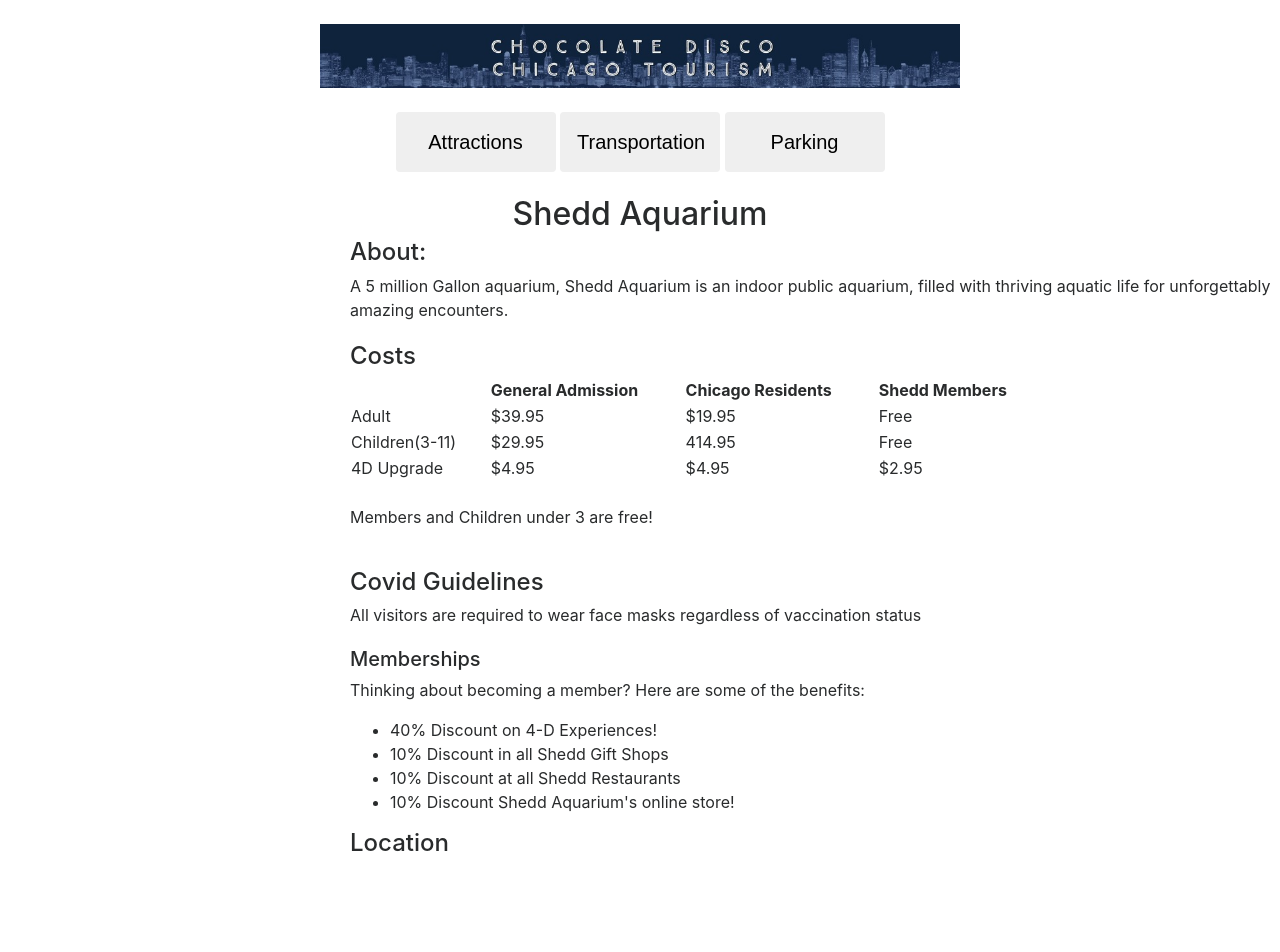
Repository: rkodit2/cs422project
Page: sheddAquarium.html
An editor plug-in stored every save of this project. The page is shown before and after the next save, followed by the edit.
The browser window is 1280 px wide. The pictures show the part of the page from y = 0 to 952 px (the page is 1365 px tall).
Pictures or frames that could not be fetched are drawn as grey boxes.

Above is the page before, as saved 2021-11-03 19:48:57.

### sheddAquarium.html
<!DOCTYPE html>
<html>
<head>
    <title>Chocolate Disco Chicago Tourism</title>
    <link rel="stylesheet" href=
    "https://maxcdn.bootstrapcdn.com/bootstrap/4.0.0-alpha.6/css/bootstrap.css">
    <link rel="stylesheet" href="homepage.css">
</head>
<body>
    <br>
    <div id="banner">
      <img src="pictures/banner3.jpg" alt="mainpage banner" class = "center" onclick="location.href='homepage.html';">
    </div>

    <br>
    <div class= "button-center">
        <button type ="button" id="Attractions" class="btn" onclick="location.href='attractions.html';" style="width: 160px; height: 60px; font-size: 20px;"> Attractions </button>
        <button type ="button" id="Transportation" class="btn" onclick="location.href='transportation.html';" style="width: 160px; height: 60px; font-size: 20px"> Transportation </button>
        <button type ="button" id="Parking" class="btn" onclick="location.href='parking.html';" style="width: 160px; height: 60px; font-size: 20px;"> Parking </button>
    </div>
    <br>
    <h2 style="text-align: center;"> Shedd Aquarium </h2>
    <div style = "padding-left: 350px; padding-bottom: 50px;">
        <h4>About:</h4>
        <p style="padding-bottom: 5px;">A 5 million Gallon aquarium, Shedd Aquarium is an indoor public aquarium,
            filled with thriving aquatic life for unforgettably amazing encounters.</p>


        <h4>Costs</h4>

        <table style="width: 75%;">
            <tr>
              <th> </th>
              <th>General Admission</th>
              <th>Chicago Residents</th>
              <th>Shedd Members</th>
            </tr>
            <tr>
              <td>Adult</td>
              <td>$39.95 </td>
              <td>$19.95</td>
              <td>Free</td>
            </tr>
            <tr>
              <td>Children(3-11)</td>
              <td>$29.95</td>
              <td>414.95</td>
              <td>Free</td>
            </tr>
            <tr>
                <td>4D Upgrade</td>
                <td>$4.95</td>
                <td>$4.95</td>
                <td>$2.95</td>
              </tr>
          </table><br>

          <p>Members and Children under 3 are free!
        </p><br>

        <!--
        <p style="padding-bottom: 5px;"> Costs vary based residency: <br>
            Adult (Ages 12+): $39.95 or $19.95 <br>
            Youth (Ages 3-11): $29.95 or $14.95 <br>
            Members and Children under 3 are free!</p>
        -->
        <h4>Covid Guidelines</h4>
        <p style="padding-bottom: 5px;">All visitors are required to wear face masks regardless of vaccination status</p>

        <h5>Memberships</h5>
        <p>Thinking about becoming a member? Here are some of the benefits: </p>
        <ul>
            <li>40% Discount on 4-D Experiences!</li>
            <li>10% Discount in all Shedd Gift Shops</li>
            <li>10% Discount at all Shedd Restaurants</li>
            <li>10% Discount Shedd Aquarium's online store!</li>
        </ul>


        <h4>Location</h4>
        <div class="gmap">
            <iframe src="https://www.google.com/maps/embed?pb=!1m18!1m12!1m3!1d20710.383687143636!2d-87.62450009179427!3d41.87211291519135!2m3!1f0!2f0!3f0!3m2!1i1024!2i768!4f13.1!3m3!1m2!1s0x880e2b635fb775f9%3A0x32059de3df50fbdf!2sShedd%20Aquarium!5e0!3m2!1sen!2sus!4v1635986667454!5m2!1sen!2sus" width="600" height="450" style="border:0;" allowfullscreen="" loading="lazy"></iframe>
            <p style="padding-left: 20px; padding-top: 150px; font-size: 20px;">
                1200 S Lake Shore Dr
                <br>
                Chicago, IL 60605
               <br>
               <br>
               <a href="https://www.sheddaquarium.org/" target="_blank">Shedd Aquarium Main Website</a>
            </p>

        </div>
    </div>

</body>
</html>

### homepage.css
.button-center {
    text-align: center;
  }

.viewMore {
    display: flex;
    vertical-align: middle;
}
.center {
  display: block;
  margin-left: auto;
  margin-right: auto;
  width: 50%;
}
.gmap{
  display: flex;
  vertical-align: middle;
}

After the next save:
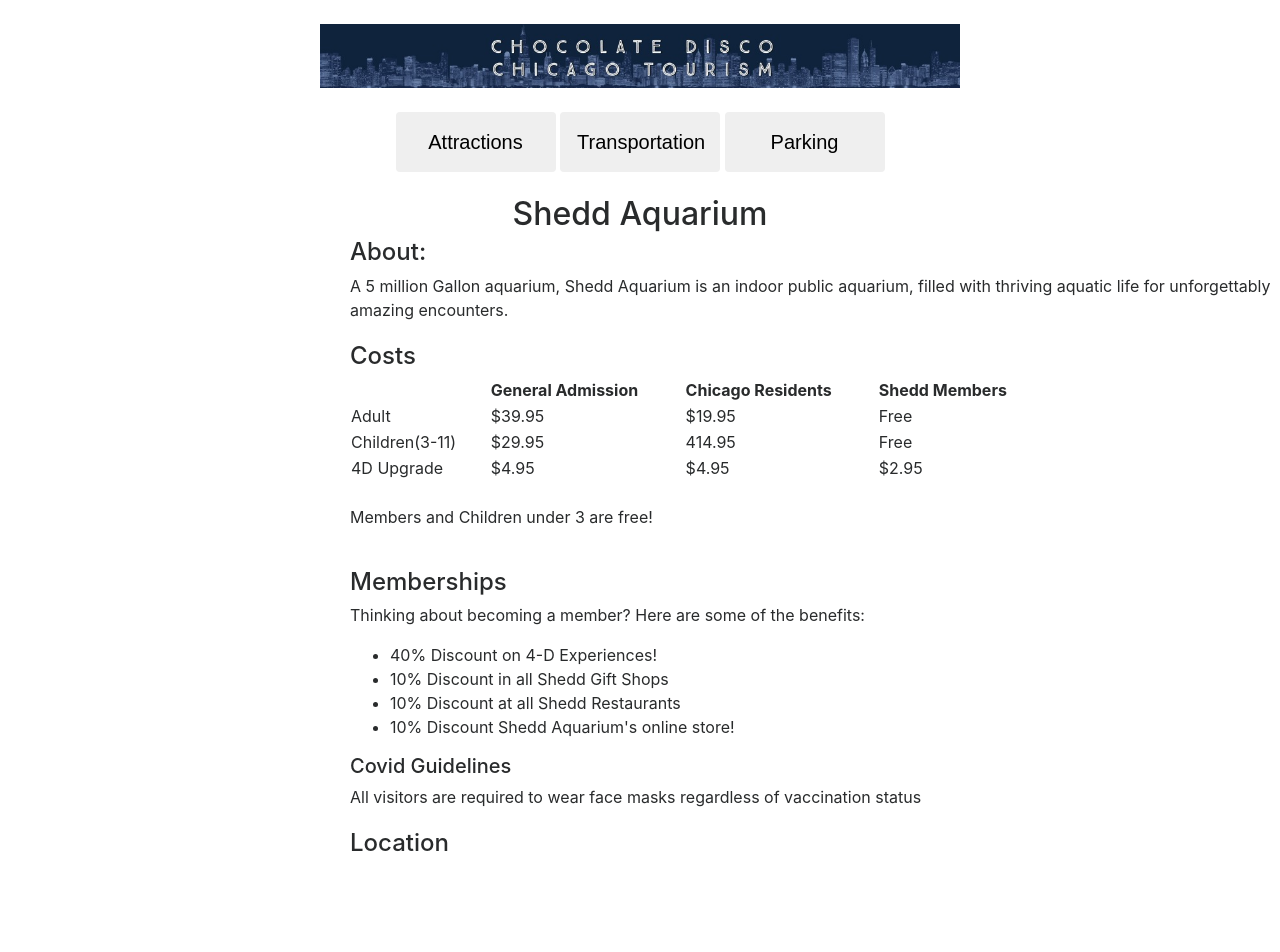
Saved 32 s later.
--- a/sheddAquarium.html
+++ b/sheddAquarium.html
@@ -64,10 +64,8 @@
             Youth (Ages 3-11): $29.95 or $14.95 <br>
             Members and Children under 3 are free!</p>
         -->
-        <h4>Covid Guidelines</h4>
-        <p style="padding-bottom: 5px;">All visitors are required to wear face masks regardless of vaccination status</p>
 
-        <h5>Memberships</h5>
+        <h4>Memberships</h5>
         <p>Thinking about becoming a member? Here are some of the benefits: </p>
         <ul>
             <li>40% Discount on 4-D Experiences!</li>
@@ -75,6 +73,11 @@
             <li>10% Discount at all Shedd Restaurants</li>
             <li>10% Discount Shedd Aquarium's online store!</li>
         </ul>
+
+        <h5>Covid Guidelines</h4>
+
+        <p style="padding-bottom: 5px;">All visitors are required to wear face masks regardless of vaccination status</p>
+
 
 
         <h4>Location</h4>
